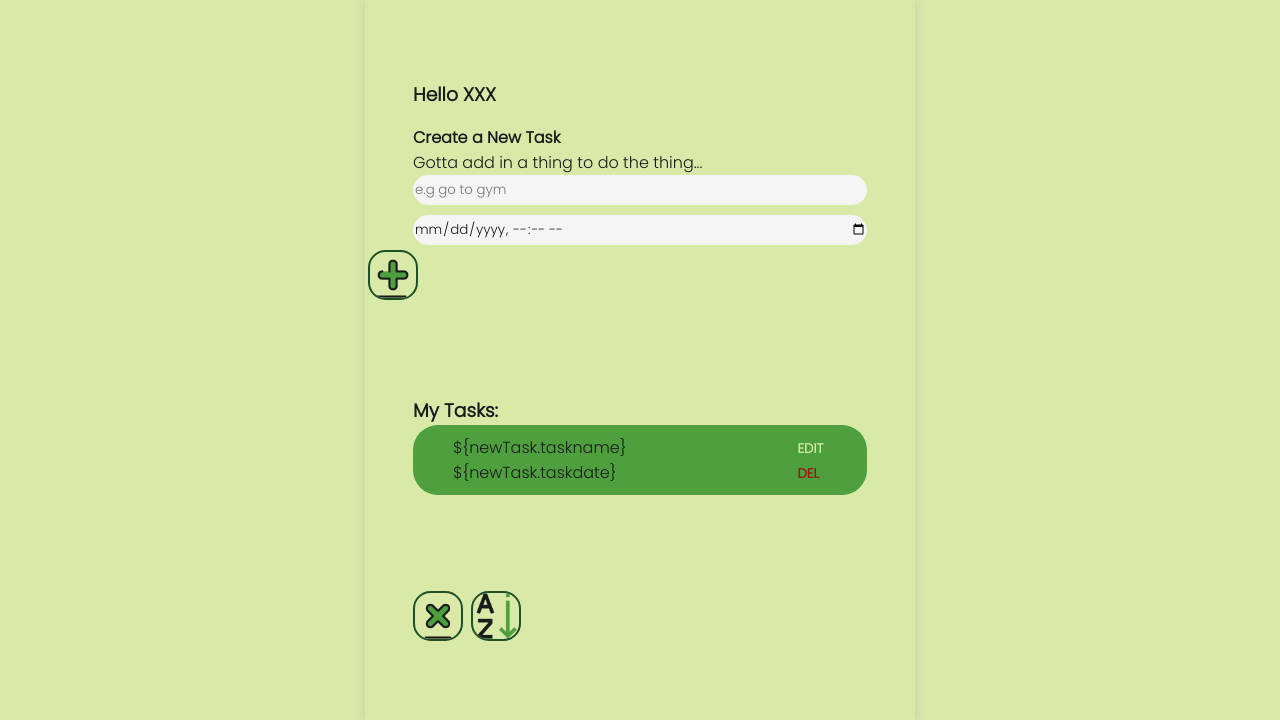
Repository: acidpixie/todo-app-version3
Page: index.html
The author's editor kept a copy of each file at every save. The page is drawn from the files as they stood at one save, then again after the next save.
The browser window is 1280 px wide. The pictures show the whole page.

Above is the page before, as saved 2022-06-11 16:25:27.

After the next save:
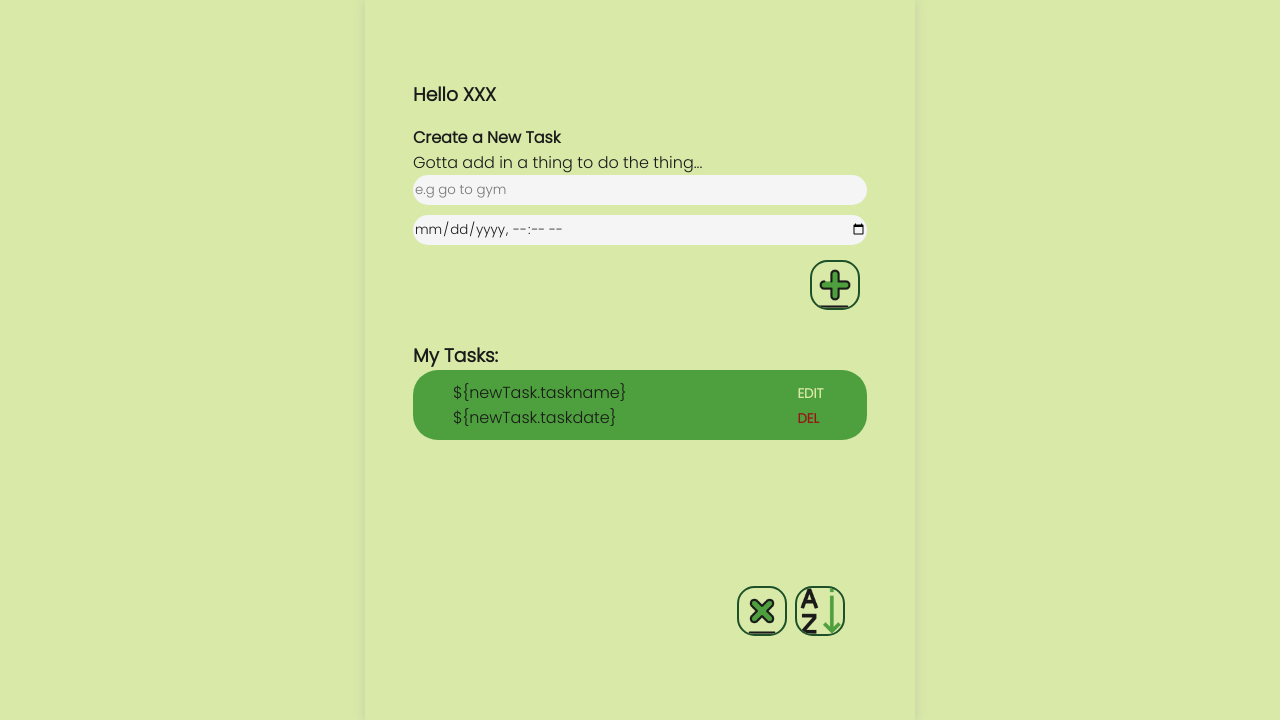
Saved 26 s later.
--- a/css/stylesheet.css
+++ b/css/stylesheet.css
@@ -87,9 +87,9 @@ ul {
     display: flex;
     flex-direction: row;
     gap: 8px;
-    position: relative;
+    position: absolute;
     bottom: 5%;
-    right: 0%;
+    right: 4%;
 }
 
 .user-button {
@@ -107,7 +107,7 @@ ul {
     height: 50px;
     width: 50px;
     margin-top: 5px;
-    position: relative;
+    position: absolute;
     bottom: 57%;
     right: 10%;
     background-color: none;
